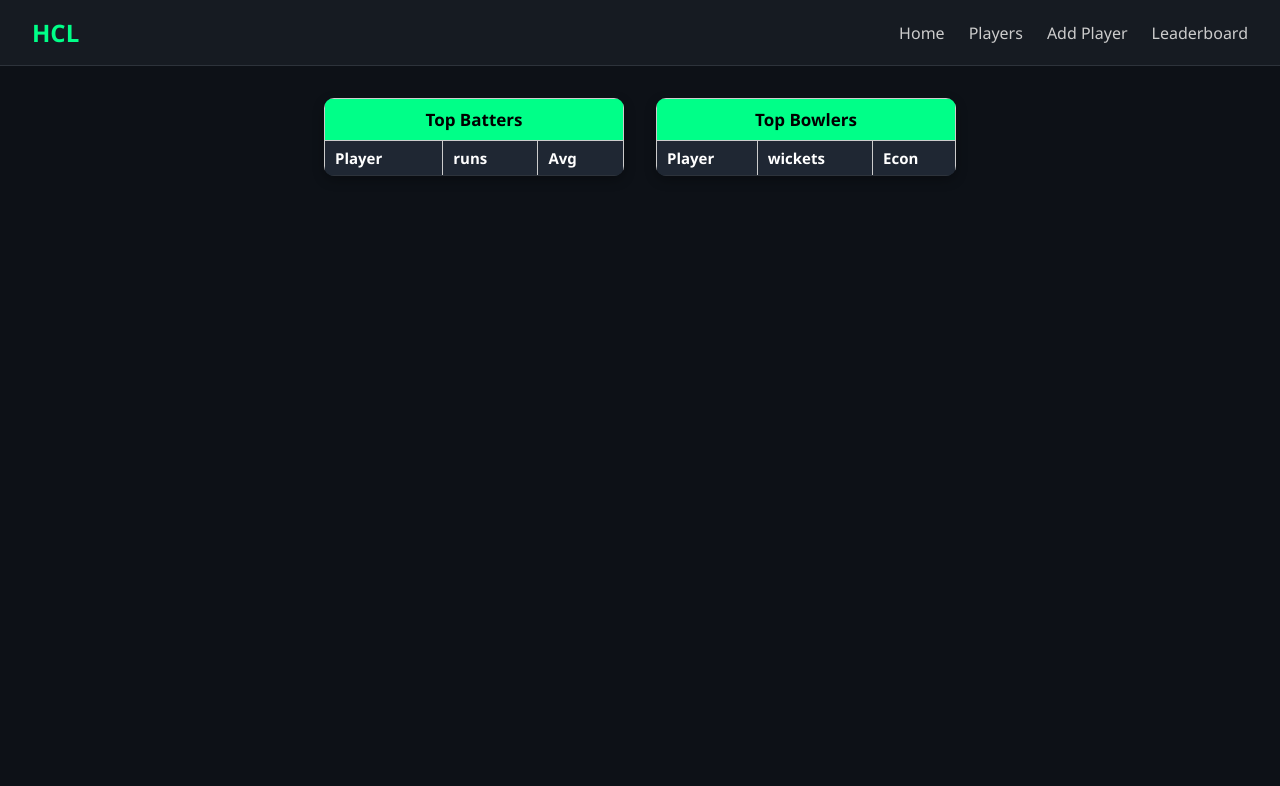
Repository: DanTastic-Dev/HCL
Page: / (app in cricket-app/)
These files come from the project's save history. The page is drawn as it stood at one moment and after the next save; the edit follows.
The browser window is 1280 px wide. The pictures show the whole page.
The page's requests for data from a server got no answer. The project was rebuilt for these pictures with package versions that can differ from the ones it lists, and the page was loaded fresh each time. No one was signed in, and anything a server would have sent is missing. Also part of the build but not shown: cricket-app/src/components/TopPerformers.jsx, cricket-app/src/components/IntroAnimation.css, cricket-app/src/components/PlayerForm.jsx, cricket-app/src/components/PlayerTable.jsx, cricket-app/src/pages/AddPlayerPage.jsx, cricket-app/src/components/PlayerCard.jsx, cricket-app/src/pages/ViewPlayersPage.jsx, cricket-app/src/pages/LeaderboardPage.jsx and 1 more.

Above is the page before, as saved 2025-06-18 15:30:20.

### cricket-app/public/index.html
<!DOCTYPE html>
<html lang="en">
  <head>
    <meta charset="UTF-8" />
    <meta name="viewport" content="width=device-width, initial-scale=1.0"/>
    <title>Cricket Stats App</title>
  </head>
  <body>
    <div id="root"></div>
  </body>
</html>

### cricket-app/src/index.js
import React from 'react';
import ReactDOM from 'react-dom/client';
import AppWithAnimation from './AppWithAnimation';
import './index.css';

const root = ReactDOM.createRoot(document.getElementById('root'));
root.render(
    <React.StrictMode>
        <AppWithAnimation />
    </React.StrictMode>
);

### cricket-app/src/AppWithAnimation.jsx
import React, { useState } from 'react';
import App from './App';
import IntroAnimation from './components/IntroAnimation';

const AppWithAnimation = () => {
    const [showIntro, setShowIntro] = useState(true);

    return showIntro ? <IntroAnimation onComplete={() => setShowIntro(false)} /> : <App />;
};

export default AppWithAnimation;

### cricket-app/src/index.css
/* index.css */

* {
  margin: 0;
  padding: 0;
  box-sizing: border-box;
  font-family: 'Segoe UI', Tahoma, Geneva, Verdana, sans-serif;
}

body {
  background-color: #f4f6f8;
  color: #333;
}

button {
  cursor: pointer;
  background-color: #007bff;
  border: none;
  color: white;
  padding: 8px 14px;
  border-radius: 4px;
  transition: background-color 0.2s ease;
}

button:hover {
  background-color: #0056b3;
}

input {
  padding: 8px;
  margin: 4px 0;
  border-radius: 4px;
  border: 1px solid #ccc;
  width: 100%;
}

table {
  width: 100%;
  border-collapse: collapse;
}

th, td {
  padding: 12px;
  border: 1px solid #ccc;
  text-align: left;
}

th {
  background-color: #e9ecef;
}

.container {
  max-width: 1200px;
  margin: 0 auto;
  padding: 20px;
}

/* index.css */
body, html {
  margin: 0;
  padding: 0;
  background-color: #0D1117; /* Deep black */
  color: #FFFFFF;
  font-family: 'Segoe UI', sans-serif;
  min-height: 100vh;
}

### cricket-app/src/App.js
import React from "react";
import { BrowserRouter as Router, Routes, Route } from "react-router-dom";
import HomePage from "./pages/HomePage";
import AddPlayerPage from "./pages/AddPlayerPage";
import ViewPlayersPage from "./pages/ViewPlayersPage";
import LeaderboardPage from "./pages/LeaderboardPage";
import EditPlayerPage from "./pages/EditPlayerPage"; // ✅ Add this line
import Navbar from "./components/Navbar";

const App = () => {
    return (
        <Router>
            <div style={{
                backgroundColor: "#0D1117",
                color: "#FFFFFF",
                minHeight: "100vh"
            }}>
                <Navbar />
                <Routes>
                    <Route path="/" element={<HomePage />} />
                    <Route path="/add" element={<AddPlayerPage />} />
                    <Route path="/players" element={<ViewPlayersPage />} />
                    <Route path="/leaderboard" element={<LeaderboardPage />} />
                    <Route path="/edit/:id" element={<EditPlayerPage />} /> {/* ✅ Add this */}
                </Routes>
            </div>
        </Router>
    );
};

export default App;

### cricket-app/src/components/IntroAnimation.jsx
import React, { useEffect, useState, useMemo } from "react";
import "./IntroAnimation.css";

const IntroAnimation = ({ topBatter, topBowler, onComplete }) => {
  const [displayText, setDisplayText] = useState("");
  const [stepIndex, setStepIndex] = useState(0);
  const [charIndex, setCharIndex] = useState(0);
  const [isTyping, setIsTyping] = useState(true);

  // 🛡️ If required data is missing, skip the intro
  useEffect(() => {
    if (!topBatter || !topBowler) {
      console.warn("Missing topBatter or topBowler, skipping intro animation");
      onComplete?.();
    }
  }, [topBatter, topBowler, onComplete]);

  const batterAvg =
    topBatter?.innings - topBatter?.notOuts > 0
      ? (topBatter.runs / (topBatter.innings - topBatter.notOuts)).toFixed(2)
      : "-";

  const batterSR =
    topBatter?.ballsFaced > 0
      ? ((topBatter.runs / topBatter.ballsFaced) * 100).toFixed(2)
      : "-";

  const bowlerEco =
    topBowler?.overs > 0
      ? (topBowler.runsGiven / topBowler.overs).toFixed(2)
      : "-";

  const steps = useMemo(() => {
    if (!topBatter || !topBowler) return [];

    return [
      `🏏 ${topBatter.runs} runs... ${batterAvg} avg... ${batterSR} SR...`,
      `🔥 Top Run Getter`,
      `${topBatter.name}`,
      `🎯 ${topBowler.wickets} wickets... ${bowlerEco} economy...`,
      `🔥 Top Wicket Taker`,
      `${topBowler.name}`,
    ];
  }, [topBatter, topBowler, batterAvg, batterSR, bowlerEco]);

  const isNameStep = stepIndex === 2 || stepIndex === 5;
  const isTitleStep = stepIndex === 1 || stepIndex === 4;

  useEffect(() => {
    if (!steps.length || !isTyping) return;

    const currentText = steps[stepIndex];
    if (charIndex < currentText.length) {
      const timeout = setTimeout(() => {
        setDisplayText((prev) => prev + currentText[charIndex]);
        setCharIndex((prev) => prev + 1);
      }, 30);
      return () => clearTimeout(timeout);
    } else {
      setIsTyping(false);
      setTimeout(() => {
        setCharIndex(0);
        setDisplayText("");
        if (stepIndex < steps.length - 1) {
          setStepIndex((prev) => prev + 1);
          setIsTyping(true);
        } else {
          setTimeout(() => onComplete?.(), 800);
        }
      }, 1200);
    }
  }, [charIndex, isTyping, stepIndex, steps, onComplete]);

  return (
    <div
      style={{
        height: "100vh",
        backgroundColor: "#0D1117",
        color: "#00FF88",
        display: "flex",
        alignItems: "center",
        justifyContent: "center",
        fontSize: isNameStep ? "3rem" : "2.3rem",
        fontWeight: "bold",
        fontFamily: "monospace",
        letterSpacing: "1.5px",
        textAlign: "center",
        padding: "0 2rem",
        transition: "font-size 0.3s ease-in-out",
      }}
    >
      <span className={isNameStep ? "reveal-name" : isTitleStep ? "reveal-title" : ""}>
        {steps.length > 0 ? displayText : ""}
      </span>
    </div>
  );
};

export default IntroAnimation;

### cricket-app/src/pages/HomePage.jsx
import React, { useEffect, useState } from "react";
import TopPerformers from "../components/TopPerformers";
import MiniLeaderboards from "../components/MiniLeaderboards";
import IntroAnimation from "../components/IntroAnimation";

const HomePage = () => {
  const [players, setPlayers] = useState([]);
  const [showIntro, setShowIntro] = useState(false);
  const [topBatter, setTopBatter] = useState(null);
  const [topBowler, setTopBowler] = useState(null);

  useEffect(() => {
    const hasPlayedIntro = sessionStorage.getItem("hasPlayedIntro");

    fetch("http://localhost:5000/players")
      .then((res) => res.json())
      .then((data) => {
        setPlayers(data);

        const sortedBatters = [...data].sort((a, b) => b.runs - a.runs);
        const sortedBowlers = [...data].sort((a, b) => b.wickets - a.wickets);

        setTopBatter(sortedBatters[0]);
        setTopBowler(sortedBowlers[0]);

        // Only show intro if it hasn't already played
        if (!hasPlayedIntro) {
          setShowIntro(true);
        }
      });
  }, []);

  const handleIntroComplete = () => {
    sessionStorage.setItem("hasPlayedIntro", "true");
    setShowIntro(false);
  };

  return (
    <div style={{ backgroundColor: "#0D1117", color: "#FFFFFF", minHeight: "100vh" }}>
      {showIntro && topBatter && topBowler ? (
        <IntroAnimation
          topBatter={topBatter}
          topBowler={topBowler}
          onComplete={handleIntroComplete}
        />
      ) : (
        <>
          <TopPerformers players={players} />
          <MiniLeaderboards players={players} />
        </>
      )}
    </div>
  );
};

export default HomePage;

### cricket-app/src/components/Navbar.jsx
// src/components/Navbar.js
import React from "react";
import { Link } from "react-router-dom";

const Navbar = () => {
    return (
        <nav style={{
            backgroundColor: "#161B22",
            padding: "1rem 2rem",
            display: "flex",
            alignItems: "center",
            justifyContent: "space-between",
            borderBottom: "1px solid #2D333B",
            position: "sticky",
            top: 0,
            zIndex: 1000
        }}>
            <div style={{ fontSize: "1.5rem", fontWeight: "bold", color: "#00FF88" }}>
                HCL
            </div>
            <div style={{ display: "flex", gap: "1.5rem" }}>
                <Link to="/" style={navLinkStyle}>Home</Link>
                <Link to="/players" style={navLinkStyle}>Players</Link>
                <Link to="/add" style={navLinkStyle}>Add Player</Link>
                <Link to="/leaderboard" style={navLinkStyle}>Leaderboard</Link>
            </div>
        </nav>
    );
};

const navLinkStyle = {
    color: "#ccc",
    textDecoration: "none",
    fontSize: "1rem",
    transition: "color 0.3s",
};

export default Navbar;

### cricket-app/src/components/MiniLeaderboards.jsx
import React from "react";

const MiniLeaderboards = ({ players }) => {
    const topBatters = [...players].sort((a, b) => b.runs - a.runs).slice(0, 5);
    const topBowlers = [...players].sort((a, b) => b.wickets - a.wickets).slice(0, 5);

    const getBattingAverage = (player) =>
        player.innings - player.notOuts > 0
            ? (player.runs / (player.innings - player.notOuts)).toFixed(2)
            : "-";

    const getEconomy = (player) =>
        player.overs > 0
            ? (player.runsGiven / player.overs).toFixed(2)
            : "-";

    return (
        <div style={{
            display: "flex",
            justifyContent: "center",
            flexWrap: "wrap",
            gap: "2rem",
            padding: "2rem",
            backgroundColor: "#0D1117",
            color: "#ffffff"
        }}>
            {[{ title: "Top Batters", data: topBatters, keys: ["runs", "Avg"] }, { title: "Top Bowlers", data: topBowlers, keys: ["wickets", "Econ"] }]
                .map((section, i) => (
                    <div
                        key={i}
                        style={{
                            transition: 'transform 0.3s ease, box-shadow 0.3s ease',
                            borderRadius: "10px",
                            backgroundColor: "#161B22",
                            boxShadow: "0 4px 12px rgba(0,0,0,0.3)",
                            overflow: "hidden",
                            width: "300px"
                        }}
                        onMouseEnter={(e) => {
                            e.currentTarget.style.transform = 'translateY(-4px)';
                            e.currentTarget.style.boxShadow = '0 0 12px rgba(0, 255, 136, 0.5)';
                        }}
                        onMouseLeave={(e) => {
                            e.currentTarget.style.transform = 'translateY(0)';
                            e.currentTarget.style.boxShadow = '0 4px 12px rgba(0,0,0,0.3)';
                        }}
                    >
                        <table style={{ width: "100%", borderCollapse: "collapse", fontSize: "15px" }}>
                            <thead style={{ backgroundColor: "#1f2733" }}>
                                <tr>
                                    <th colSpan="3" style={{
                                        backgroundColor: "#00FF88",
                                        color: "#000",
                                        padding: "9px",
                                        fontSize: "17px",
                                        fontWeight: "bold",
                                        textAlign: "center"
                                    }}>
                                        {section.title}
                                    </th>
                                </tr>
                                <tr>
                                    <th style={{
                                        padding: "7px 10px",
                                        textAlign: "left",
                                        color: "#ffffff",
                                        backgroundColor: "#1f2733",
                                        borderBottom: "1px solid #2D333B"
                                    }}>Player</th>
                                    <th style={{
                                        padding: "7px 10px",
                                        textAlign: "left",
                                        color: "#ffffff",
                                        backgroundColor: "#1f2733",
                                        borderBottom: "1px solid #2D333B"
                                    }}>{section.keys[0]}</th>
                                    <th style={{
                                        padding: "7px 10px",
                                        textAlign: "left",
                                        color: "#ffffff",
                                        backgroundColor: "#1f2733",
                                        borderBottom: "1px solid #2D333B"
                                    }}>{section.keys[1]}</th>
                                </tr>
                            </thead>
                            <tbody>
                                {section.data.map((player, idx) => (
                                    <tr key={player._id} style={{ borderBottom: "1px solid #2D333B" }}>
                                        <td style={{ padding: "7px 10px" }}>{idx + 1}. {player.name}</td>
                                        <td style={{ padding: "7px 10px" }}>
                                            {section.keys[0] === "runs" ? player.runs : player.wickets}
                                        </td>
                                        <td style={{ padding: "7px 10px" }}>
                                            {section.keys[1] === "Avg"
                                                ? getBattingAverage(player)
                                                : getEconomy(player)}
                                        </td>
                                    </tr>
                                ))}
                            </tbody>
                        </table>
                    </div>
                ))}
        </div>
    );
};

export default MiniLeaderboards;

After the next save:
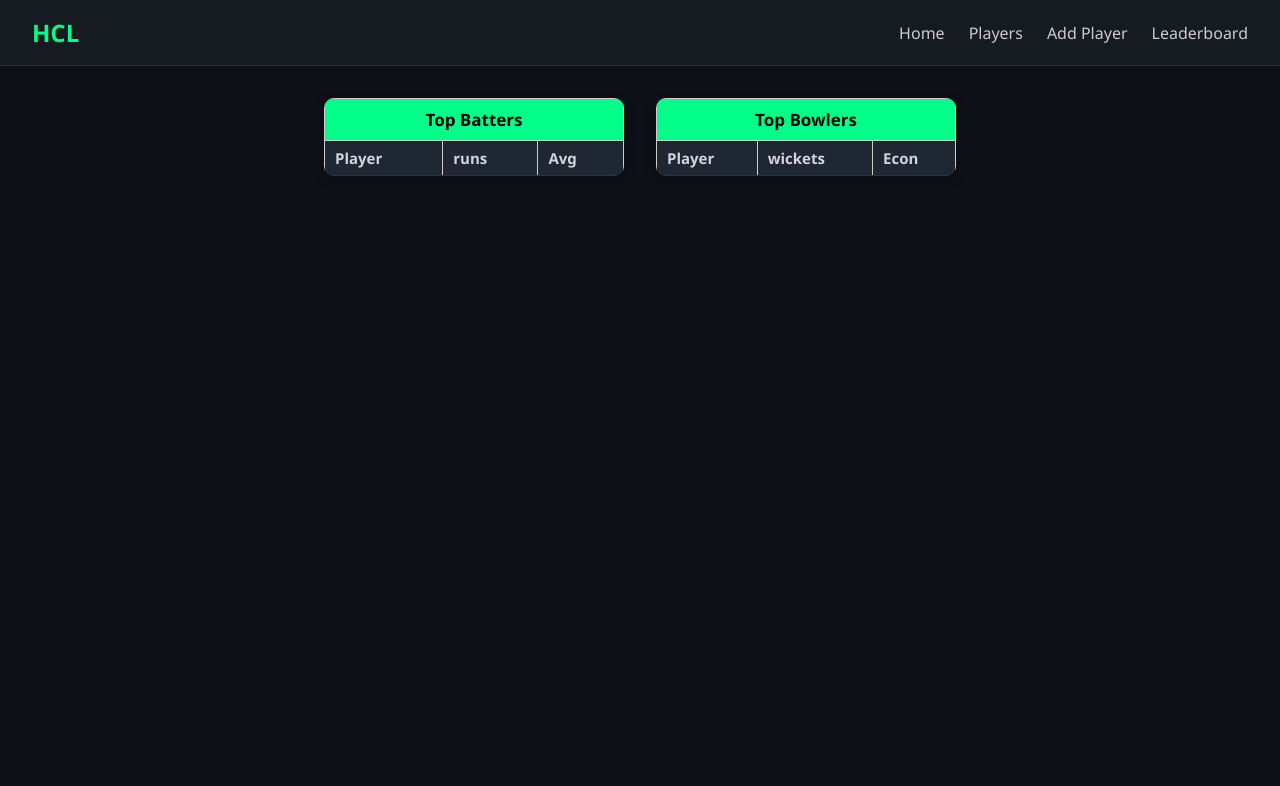
Saved 3 min 2 s later.
--- a/cricket-app/src/components/MiniLeaderboards.jsx
+++ b/cricket-app/src/components/MiniLeaderboards.jsx
@@ -22,7 +22,7 @@ const MiniLeaderboards = ({ players }) => {
             gap: "2rem",
             padding: "2rem",
             backgroundColor: "#0D1117",
-            color: "#ffffff"
+            color: "#d1d5db" // updated text color (soft light grey)
         }}>
             {[{ title: "Top Batters", data: topBatters, keys: ["runs", "Avg"] }, { title: "Top Bowlers", data: topBowlers, keys: ["wickets", "Econ"] }]
                 .map((section, i) => (
@@ -31,7 +31,7 @@ const MiniLeaderboards = ({ players }) => {
                         style={{
                             transition: 'transform 0.3s ease, box-shadow 0.3s ease',
                             borderRadius: "10px",
-                            backgroundColor: "#161B22",
+                            backgroundColor: "#1C222A", // lighter background
                             boxShadow: "0 4px 12px rgba(0,0,0,0.3)",
                             overflow: "hidden",
                             width: "300px"
@@ -45,7 +45,7 @@ const MiniLeaderboards = ({ players }) => {
                             e.currentTarget.style.boxShadow = '0 4px 12px rgba(0,0,0,0.3)';
                         }}
                     >
-                        <table style={{ width: "100%", borderCollapse: "collapse", fontSize: "15px" }}>
+                        <table style={{ width: "100%", borderCollapse: "collapse", fontSize: "15px", color: "#d1d5db" }}>
                             <thead style={{ backgroundColor: "#1f2733" }}>
                                 <tr>
                                     <th colSpan="3" style={{
@@ -63,21 +63,21 @@ const MiniLeaderboards = ({ players }) => {
                                     <th style={{
                                         padding: "7px 10px",
                                         textAlign: "left",
-                                        color: "#ffffff",
+                                        color: "#d1d5db",
                                         backgroundColor: "#1f2733",
                                         borderBottom: "1px solid #2D333B"
                                     }}>Player</th>
                                     <th style={{
                                         padding: "7px 10px",
                                         textAlign: "left",
-                                        color: "#ffffff",
+                                        color: "#d1d5db",
                                         backgroundColor: "#1f2733",
                                         borderBottom: "1px solid #2D333B"
                                     }}>{section.keys[0]}</th>
                                     <th style={{
                                         padding: "7px 10px",
                                         textAlign: "left",
-                                        color: "#ffffff",
+                                        color: "#d1d5db",
                                         backgroundColor: "#1f2733",
                                         borderBottom: "1px solid #2D333B"
                                     }}>{section.keys[1]}</th>
